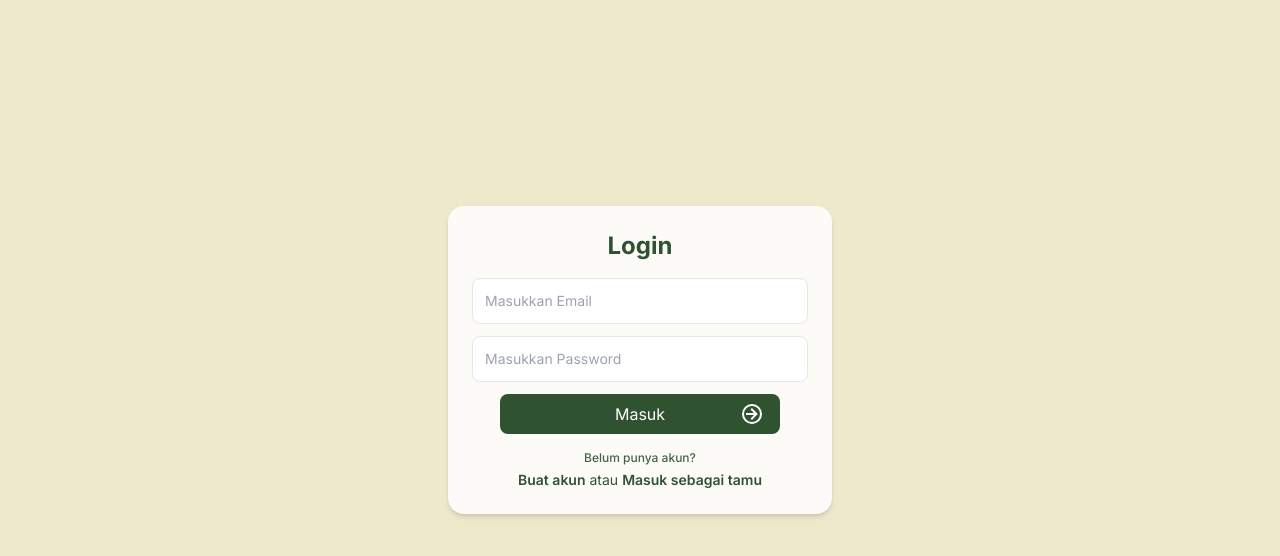
Repository: PajarAland/DiagramCoffee
Page: /login
The author's editor kept a copy of each file at every save. The page is drawn from the files as they stood at one save, then again after the next save.
The browser window is 1280 px wide. The pictures show the whole page.
The page's requests for data from a server got no answer. The project was rebuilt for these pictures with package versions that can differ from the ones it lists, and the page was loaded fresh each time. Some packages were replaced by stand-ins written for this rebuild. No one was signed in, and anything a server would have sent is missing. Also part of the build but not shown: vite.config.js, src/components/ui/NavBar.jsx, src/pages/Landing.jsx, src/pages/Register.jsx, src/pages/Home.jsx, src/auth/ProtectedRoute.jsx.

Above is the page before, as saved 2026-04-27 00:27:29.

### index.html
<!doctype html>
<html lang="en">
  <head>
    <meta charset="UTF-8" />
    <link rel="icon" type="image/svg+xml" href="/favicon.svg" />
    <link rel="preconnect" href="https://fonts.googleapis.com">
    <link rel="preconnect" href="https://fonts.gstatic.com" crossorigin>
    <link href="https://fonts.googleapis.com/css2?family=Inter:wght@400;500;600;700&display=swap" rel="stylesheet">
    <meta name="viewport" content="width=device-width, initial-scale=1.0" />
    <title>diagramcoffee</title>
  </head>
  <body>
    <div id="root"></div>
    <script type="module" src="/src/main.jsx"></script>
  </body>
</html>

### src/index.css
@tailwind base;
@tailwind components;
@tailwind utilities;

body {
  @apply font-sans;
}

### src/App.jsx
import { BrowserRouter, Routes, Route } from "react-router-dom";
import Landing from "./pages/Landing";
import Login from "./pages/Login";
import Register from "./pages/Register";
import Home from "./pages/Home";
import ProtectedRoute from "./auth/ProtectedRoute";
import { AuthProvider } from "./context/AuthProvider";

function App() {
  return (
    <AuthProvider>
      <BrowserRouter>
        <Routes>
          <Route path="/" element={<Landing />} />
          <Route path="/login" element={<Login />} />
          <Route path="/register" element={<Register />} />

          <Route
            path="/home"
            element={
              <ProtectedRoute>
                <Home />
              </ProtectedRoute>
            }
          />
        </Routes>
      </BrowserRouter>
    </AuthProvider>
  );
}

export default App;

### src/pages/Login.jsx
import { useState } from "react";
import { useNavigate, Link } from "react-router-dom";
import API from "../services/api";
import Swal from "sweetalert2";
import { useAuth } from "../context/useAuth";
import Navbar from "../components/ui/NavBar.jsx";
import arrowIconWhite from "../assets/mdi--arrow-right-thin-circle-outline-white.svg";
import emailVariantGrey from "../assets/mdi--email-variant-grey.svg";

function Login() {
    const navigate = useNavigate();
    const { login } = useAuth();
    const [email, setEmail] = useState("");
    const [password, setPassword] = useState("");

    const handleLogin = async (e) => {
        e.preventDefault();

        try {
            await API.get("/sanctum/csrf-cookie");

            const response = await API.post("/api/login", {
                email,
                password,
            });

            if (response.data.success) {
                login(response.data.data); //

                // setTimeout(() => {
                //     refreshUser();
                // }, 100);

                navigate("/home");
            }

        } catch (error) {
            console.error(error);

            if (error.response?.data?.errors) {
                Swal.fire({
                    icon: "error",
                    title: "Validasi Gagal",
                    html: Object.values(error.response.data.errors).join("<br>"),
                });
            } else {
                Swal.fire({
                    icon: "error",
                    title: "Error",
                    text: error.response?.data?.message,
                });
            }
        }
    };

    return (
        <div className="min-h-screen bg-[#EEE8CC] flex items-center justify-center">
            <div className="bg-[#FDFBF8] w-full max-w-sm rounded-2xl p-6 shadow-md text-center">

                <h2 className="text-[#2F5231] font-bold text-2xl mb-4">
                    Login
                </h2>

                <form onSubmit={handleLogin} className="space-y-3">

                    <input
                        type="email"
                        placeholder="Masukkan Email"
                        value={email}
                        onChange={(e) => setEmail(e.target.value)}
                        className="w-full border rounded-lg px-3 py-3 text-sm outline-none"
                    />

                    <input
                        type="password"
                        placeholder="Masukkan Password"
                        value={password}
                        onChange={(e) => setPassword(e.target.value)}
                        className="w-full border rounded-lg px-3 py-3 text-sm outline-none"
                    />

                    {/* <button
                        type="submit"
                        className="w-10/12 bg-[#2F5231] text-white py-2 rounded-lg mt-2"
                    >
                        Masuk
                    </button> */}

                    <button
                        type="submit"
                        className="w-10/12 mx-auto bg-[#2F5231] text-white py-2 rounded-lg relative flex items-center justify-center mt-2"
                        >
                        <span className="text-center">Masuk</span>

                        <img
                            src={arrowIconWhite}
                            alt="arrow"
                            className="w-6 h-6 absolute right-4"
                        />
                    </button>
                </form>

                <p className="text-xs text-[#446346] font-medium mt-4">
                    Belum punya akun?
                </p>

                <div className="text-sm text-[#2F5231] mt-1 flex items-center justify-center gap-1">
                    <Link to="/register" className="font-semibold hover:underline">
                        Buat akun
                    </Link>
                    <span>atau</span>
                    <Link to="/homeGuest" className="font-semibold hover:underline">
                        Masuk sebagai tamu
                    </Link>
                </div>
            </div>
        </div>
    );
}

export default Login;

### src/context/AuthProvider.jsx
import { useEffect, useState } from "react";
import API from "../services/api";
import AuthContext from "./AuthContext";

export function AuthProvider({ children }) {
    const [user, setUser] = useState(null);
    const [initialized, setInitialized] = useState(false);

    useEffect(() => {
        const initAuth = async () => {
            try {
                await API.get("/sanctum/csrf-cookie");
                const res = await API.get("/api/user");
                setUser(res.data.data ?? null);
            } catch (error) {
                if (error.response?.status !== 401) {
                    console.error("Auth check failed:", error);
                }
                setUser(null);
            } finally {
                setInitialized(true);
            }
        };

        initAuth();
    }, []);

    const refreshUser = async () => {
        try {
            const res = await API.get("/api/user");
            setUser(res.data.data ?? null);
        } catch (error) {
            if (error.response?.status !== 401) {
                console.error("Refresh user failed:", error);
            }
            setUser(null);
        }
    };

    const login = (userData) => {
        setUser(userData);
    };

    const logout = async () => {
        try {
            await API.post("/api/logout");
        } finally {
            setUser(null);
        }
    };

    return (
        <AuthContext.Provider
            value={{
                user,
                setUser,
                login,
                logout,
                initialized,
                refreshUser,
            }}
        >
            {children}
        </AuthContext.Provider>
    );
}

### src/services/api.js
import axios from "axios";

const API = axios.create({
  baseURL: "http://localhost:8000",
  withCredentials: true,
  headers: {
    Accept: "application/json",
    "Content-Type": "application/json",
  },
});

// Let Axios handle CSRF automatically
API.defaults.xsrfCookieName = "XSRF-TOKEN";
API.defaults.xsrfHeaderName = "X-XSRF-TOKEN";

API.interceptors.response.use(
    (response) => response,
    (error) => {
        const status = error.response?.status;

        // expected auth state → ignore silently
        if (status === 401) {
            return Promise.reject(error);
        }

        console.error(error);
        return Promise.reject(error);
    }
);

export default API;

### src/context/useAuth.jsx
import { useContext } from "react";
import AuthContext from "./AuthContext";

export const useAuth = () => useContext(AuthContext);

### src/context/AuthContext.jsx
import { createContext } from "react";

const AuthContext = createContext();
export default AuthContext;

### tailwind.config.js
/** @type {import('tailwindcss').Config} */
export default {
  content: [
    "./index.html",
    "./src/**/*.{js,jsx,ts,tsx}",
  ],
  theme: {
    fontFamily: {
      sans: ["Inter", "ui-sans-serif", "system-ui"],
    },
    extend: {},
  },
  plugins: [],
}

Loaded but not shown: src/main.jsx (common file)

After the next save:
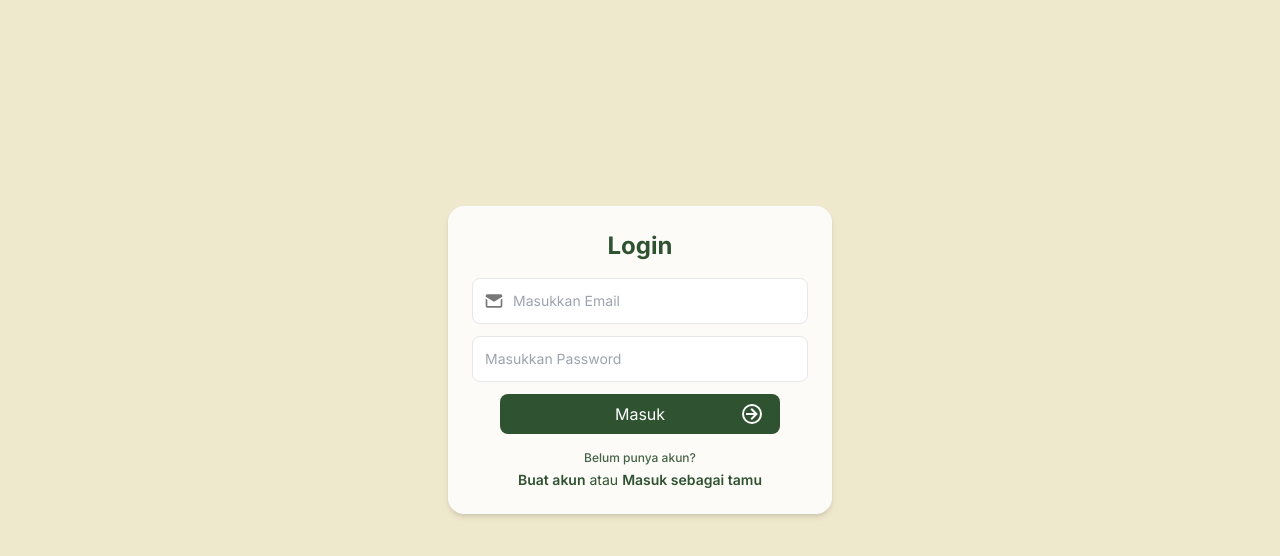
Saved 86 s later.
--- a/src/pages/Login.jsx
+++ b/src/pages/Login.jsx
@@ -63,13 +63,21 @@ function Login() {
 
                 <form onSubmit={handleLogin} className="space-y-3">
 
-                    <input
-                        type="email"
-                        placeholder="Masukkan Email"
-                        value={email}
-                        onChange={(e) => setEmail(e.target.value)}
-                        className="w-full border rounded-lg px-3 py-3 text-sm outline-none"
-                    />
+                    <div className="relative">
+                        <img
+                            src={emailVariantGrey}
+                            alt="icon email"
+                            className="w-5 h-5 absolute left-3 top-1/2 -translate-y-1/2 opacity-60"
+                        />
+
+                        <input
+                            type="email"
+                            placeholder="Masukkan Email"
+                            value={email}
+                            onChange={(e) => setEmail(e.target.value)}
+                            className="w-full border rounded-lg pl-10 pr-3 py-3 text-sm outline-none"
+                        />
+                    </div>
 
                     <input
                         type="password"
